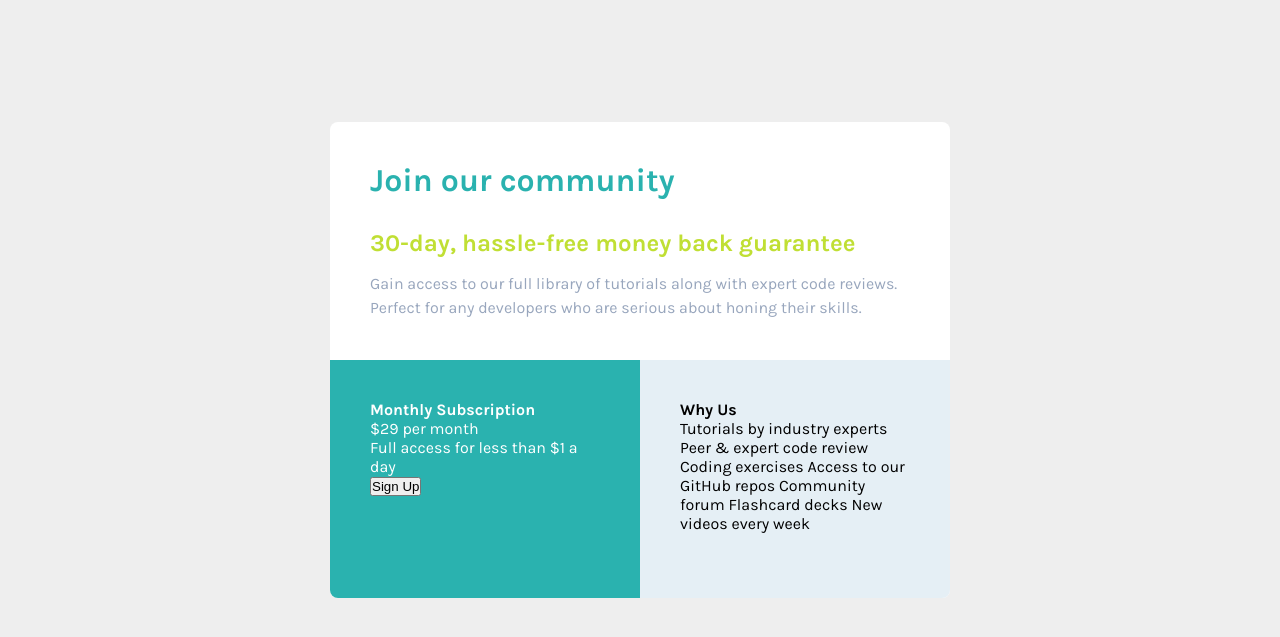
Repository: Akashiii1/WebSingleGrid_Day3
Page: index.html
The author's editor kept a copy of each file at every save. The page is drawn from the files as they stood at one save, then again after the next save.
The browser window is 1280 px wide. The pictures show the whole page.

Above is the page before, as saved 2021-12-22 01:49:20.

After the next save:
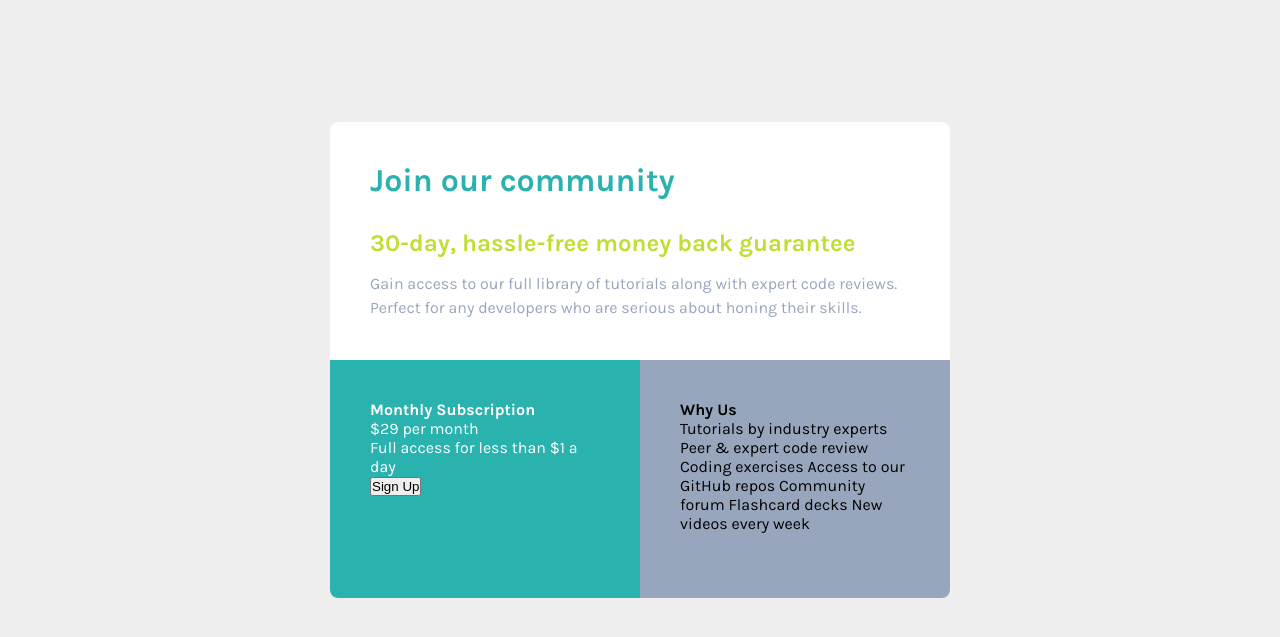
Saved 5 s later.
--- a/style.css
+++ b/style.css
@@ -91,5 +91,5 @@ body{
   color: #fff;
 }
 .item3{
-  background-color: var(--LightGray);
+  background-color: var(--GrayishBlue);
 }
